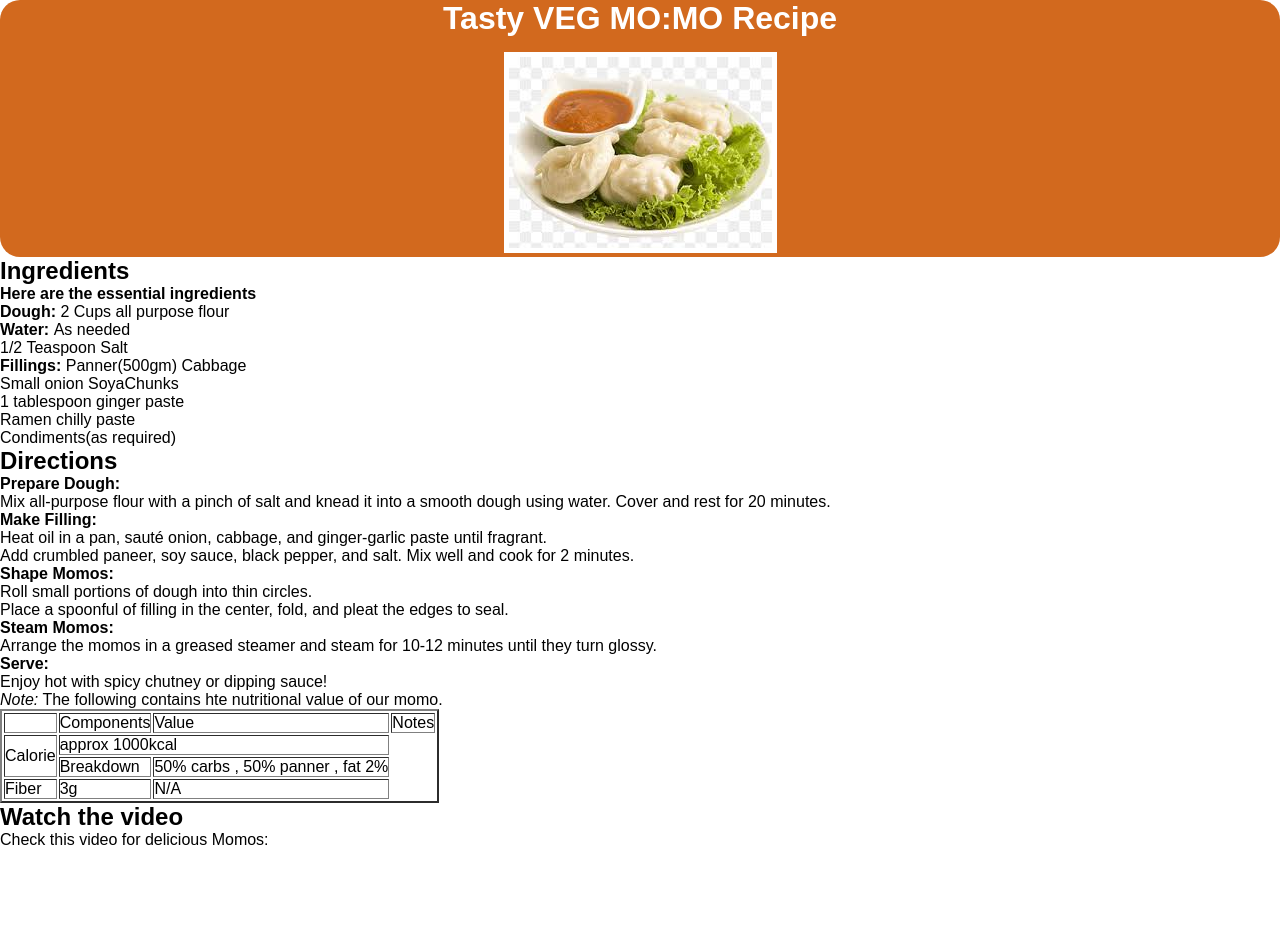
Repository: GigaByte6610/recipe
Page: index.html
An editor plug-in stored every save of this project. The page is shown before and after the next save, followed by the edit.
The browser window is 1280 px wide. The pictures show the part of the page from y = 0 to 952 px (the page is 1204 px tall).
Pictures or frames that could not be fetched are drawn as grey boxes.

Above is the page before, as saved 2025-02-05 04:17:46.

### index.html
<!DOCTYPE html>
<html lang="en">

<head>
    <meta charset="UTF-8" />
    <meta name="viewport" content="width=device-width, initial-scale=1.0" />
    <title>My Recipe [Veg Momo]</title>
    <link rel="stylesheet" href="style.css">
</head>

<body>
    <header>
        <h1 align="center">Tasty VEG MO:MO Recipe</h1>
        <img src="momo.jpeg" alt="" />
    </header>

    <section>
        <h2>Ingredients</h2>
        <p>
            <strong> Here are the essential ingredients</strong>
        </p>
        <ul>
            <li><strong>Dough: </strong> 2 Cups all purpose flour</li>
            <li><strong>Water: </strong> As needed</li>
            <li>1/2 Teaspoon Salt</li>
            <li><strong>Fillings: </strong> Panner(500gm) Cabbage</li>
            <li>Small onion SoyaChunks</li>
            <li>1 tablespoon ginger paste</li>
            <li>Ramen chilly paste</li>
            <li>Condiments(as required)</li>
        </ul>
    </section>
    <section>
        <h2><strong>Directions</strong></h2>
        <ol>
            <li><strong>Prepare Dough: </strong><br>Mix all-purpose flour with a pinch of salt and knead it into a smooth dough using water. Cover and rest for 20 minutes.</li>
            <li><strong>Make Filling:</strong><br>Heat oil in a pan, sauté onion, cabbage, and ginger-garlic paste until fragrant. <br>Add crumbled paneer, soy sauce, black pepper, and salt. Mix well and cook for 2 minutes.</li>
            <li><strong>Shape Momos:</strong> <br>Roll small portions of dough into thin circles. <br>Place a spoonful of filling in the center, fold, and pleat the edges to seal.</li>
            <li><strong>Steam Momos:</strong> <br>Arrange the momos in a greased steamer and steam for 10-12 minutes until they turn glossy.</li>
            <li><strong>Serve:</strong> <br>Enjoy hot with spicy chutney or dipping sauce!</li>
        </ol>
    </section>
    <section>
        <p>
            <em>Note:</em> The following contains hte nutritional value of our momo.
        </p>
        <table border="2">
            <thead>
                <th>
                    <td>Components</td>
                    <td>Value</td>
                    <td>Notes</td>
                </th>
            </thead>
            <tbody>
                <tr>
                    <td rowspan="2"> Calorie</td>
                    <td colspan="2">approx 1000kcal</td>
                </tr>
                <tr>
                    <td>Breakdown</td>
                    <td>50% carbs , 50% panner , fat 2%</td>
                </tr>
                <tr>
                    <td>Fiber</td>
                    <td>3g</td>
                    <td>N/A</td>
                </tr>
            </tbody>
        </table>
    </section>
    <section>
        <h2> Watch the video</h2>
        <p>Check this video for delicious Momos: </p>
        <iframe width="560" height="315" src="https://www.youtube.com/embed/71GR1xRQzgQ?si=tbq05XnBHcNN-7Ji" title="YouTube video player" frameborder="0" allow="accelerometer; autoplay; clipboard-write; encrypted-media; gyroscope; picture-in-picture; web-share"
            referrerpolicy="strict-origin-when-cross-origin" allowfullscreen></iframe>
    </section>
    <footer>
        <p><strong>FOR MORE RECIPE CONTACT BL4zY AFTER PLAYING Marvel Rivals as Jeff the land shark.</strong></p>
    </footer>

</html>
www.youtube.com

### style.css
* {
    box-sizing: border-box;
    margin: 0px;
    padding: 0;
}

body {
    font-family: Arial, Helvetica, sans-serif;
}

header {
    background-color: chocolate;
    border: 200px;
    text-align: center;
    border-radius: 20px;
}

header h1 {
    color: white;
    margin-bottom: 15px;
    text-align: center;
}

header img {
    border: 5px solid white;
}

After the next save:
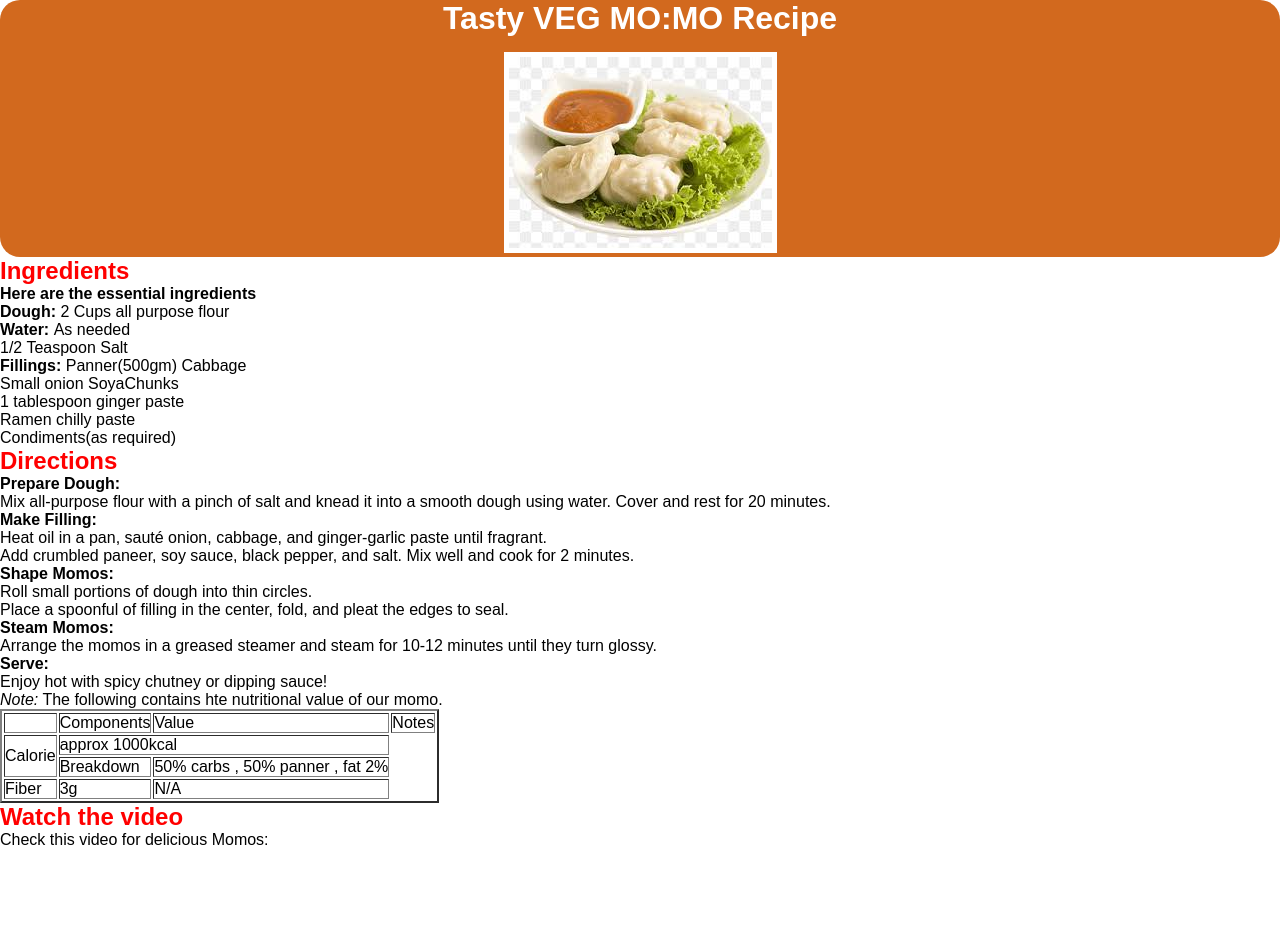
Saved 2 min 11 s later.
--- a/style.css
+++ b/style.css
@@ -24,3 +24,7 @@ header h1 {
 header img {
     border: 5px solid white;
 }
+
+section h2 {
+    color: red;
+}
